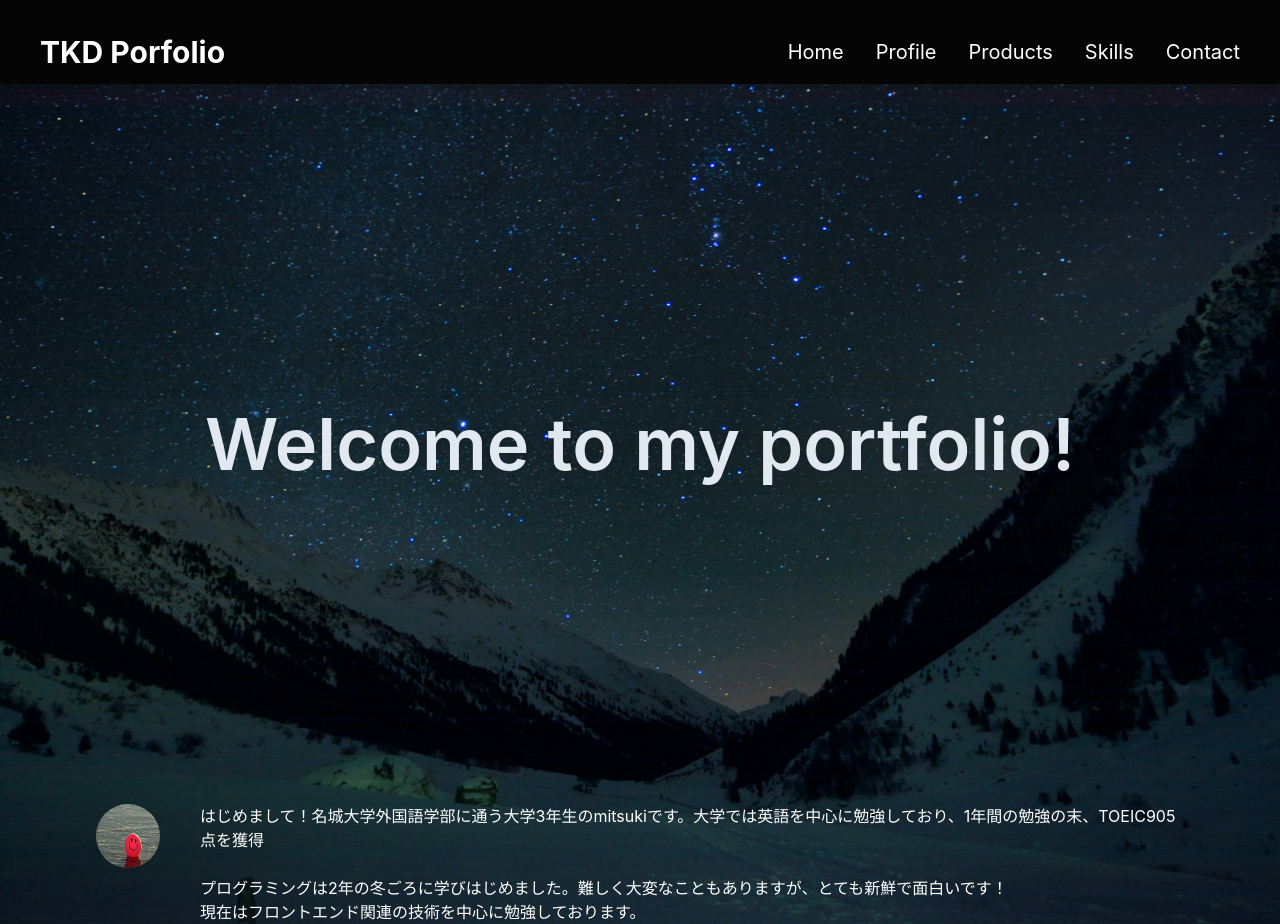
Repository: MitukiTakada/todo-aplication
Page: / (app in design/dev/react-tailwind/react-tailwind/)
The author's editor kept a copy of each file at every save. The page is drawn from the files as they stood at one save, then again after the next save.
The browser window is 1280 px wide. The pictures show the whole page.
The project was rebuilt for these pictures with package versions that can differ from the ones it lists, and the page was loaded fresh each time. Also part of the build but not shown: design/dev/react-tailwind/react-tailwind/src/components/Contact.jsx, design/dev/react-tailwind/react-tailwind/src/components/Products.jsx, design/dev/react-tailwind/react-tailwind/src/components/Profile.jsx, design/dev/react-tailwind/react-tailwind/src/components/Skills.jsx.

Above is the page before, as saved 2022-11-19 14:57:40.

### design/dev/react-tailwind/react-tailwind/public/index.html
<!DOCTYPE html>
<html lang="en">
  <head>
    <meta charset="utf-8" />
    <link rel="icon" href="%PUBLIC_URL%/favicon.ico" />
    <meta name="viewport" content="width=device-width, initial-scale=1" />
    <meta name="theme-color" content="#000000" />
    <meta
      name="description"
      content="Web site created using create-react-app"
    />
    <link rel="apple-touch-icon" href="%PUBLIC_URL%/logo192.png" />
    <link rel ="stylesheet" href="https://cdnjs.cloudflare.com/ajax/libs/font-awesome/5.15.3/css/all.min.css">
    <!--
      manifest.json provides metadata used when your web app is installed on a
      user's mobile device or desktop. See https://developers.google.com/web/fundamentals/web-app-manifest/
    -->
    <link rel="manifest" href="%PUBLIC_URL%/manifest.json" />
    <!--
      Notice the use of %PUBLIC_URL% in the tags above.
      It will be replaced with the URL of the `public` folder during the build.
      Only files inside the `public` folder can be referenced from the HTML.

      Unlike "/favicon.ico" or "favicon.ico", "%PUBLIC_URL%/favicon.ico" will
      work correctly both with client-side routing and a non-root public URL.
      Learn how to configure a non-root public URL by running `npm run build`.
    -->
    <title>React App</title>
  </head>
  <body>
    <noscript>You need to enable JavaScript to run this app.</noscript>
    <div id="root"></div>
    <!--
      This HTML file is a template.
      If you open it directly in the browser, you will see an empty page.

      You can add webfonts, meta tags, or analytics to this file.
      The build step will place the bundled scripts into the <body> tag.

      To begin the development, run `npm start` or `yarn start`.
      To create a production bundle, use `npm run build` or `yarn build`.
    -->
  </body>
</html>

### design/dev/react-tailwind/react-tailwind/src/index.jsx
import React from 'react';
import ReactDOM from 'react-dom/client';
import './index.css';
import App from './App';
import reportWebVitals from './reportWebVitals';
import { BrowserRouter } from 'react-router-dom';
import { ChakraProvider } from '@chakra-ui/provider';

const root = ReactDOM.createRoot(document.getElementById('root'));
root.render(
  <React.StrictMode>
    <BrowserRouter>
        <ChakraProvider>
          <App />
        </ChakraProvider>
    </BrowserRouter>
  </React.StrictMode>
);

// If you want to start measuring performance in your app, pass a function
// to log results (for example: reportWebVitals(console.log))
// or send to an analytics endpoint. Learn more: https://bit.ly/CRA-vitals
reportWebVitals();

### design/dev/react-tailwind/react-tailwind/src/App.jsx
import { BrowserRouter, Routes, Route } from "react-router-dom";
import Contact from "./components/Contact";
import Header from "./components/Header";
import Home from "./components/Home";
import Products from "./components/Products";
import Profile from "./components/Profile";
import Skills from "./components/Skills";


function App() {
  return (
    <div className=" bg-body  text-white w-full sm:px-0 pt-5">
     <Header />
      <Routes>
        <Route path="/" element={<Home />}/>
        <Route path="/prfole" element={<Profile />}/>
        <Route path="products" element={<Products />}/>
        <Route path="/skills" element={<Skills />}/>
        <Route path="/contact" element={<Contact />}/>
      </Routes>
    </div>
  );
}

export default App;

### design/dev/react-tailwind/react-tailwind/src/components/Header.jsx
import React from 'react'
import { Link } from 'react-router-dom'
import "./output.css"
import Hamburger from './atoms/Hamburger'

const Header = () => {
  return (
    <header className="container flex justify-between  w-full items-center mr-0 relative h-16 px-10">
      <div>
        <h2 className="text-2xl font-bold md:text-3xl">TKD Porfolio</h2>
      </div>
      <nav className="flex space-x-8 text-xl ml-8 items-center hidden md:block">
        <Link to={"/"} className="link">Home</Link>
        <Link to={"/profile"} className="link">Profile</Link>
        <Link to={"/products"} className="link">Products</Link>
        <Link to={"/skills"} className="link">Skills</Link>
        <Link to={"/contact"} className="link">Contact</Link>
      </nav>
      <Hamburger className="md:hidden absolute right-3"/>
    </header>
  )
}

export default Header

### design/dev/react-tailwind/react-tailwind/src/components/Home.jsx
import React from 'react'
import mainImage from "../images/main-image.jpeg"
import "./Home.css";
import userImage from "../images/user.jpg"

const Home = () => {
  return (
    <div className="home ">
      <div className="items-center ">
        <h1 className=" font-semibold text-3xl 100v text-center text-slate-200 lg:text-7xl md:text-5xl">Welcome to my portfolio!</h1>
      </div>
      <div className="flex mx-auto px-24 space-x-10">
        <img src={userImage} alt="" className="h-16 w-16 rounded-full"/>
        <div>
          <p>
            はじめまして！名城大学外国語学部に通う大学3年生のmitsukiです。大学では英語を中心に勉強しており、1年間の勉強の末、TOEIC905点を獲得
          </p>
          <br />
          <p>
          プログラミングは2年の冬ごろに学びはじめました。難しく大変なこともありますが、とても新鮮で面白いです！
          </p>
          <p>
          現在はフロントエンド関連の技術を中心に勉強しております。
          </p>
          </div>
      </div>
    </div>
  )
}

export default Home

### design/dev/react-tailwind/react-tailwind/src/components/output.css
.link {
  @apply hover:text-purple-400 transition-all duration-300;
}
.drawer-link {
  @apply hover:text-purple-400 transition-all duration-300 text-xl block text-center my-3;
}
.contact-btn {
  @apply bg-purple-500 font-bold text-xl px-3 py-2 rounded border-none hover:bg-purple-800 duration-300 transition-all mt-10
}
.secondary-title {
  @apply text-3xl font-bold;
}
.secondary-title::before {
  content: "";
  @apply block w-12 h-2 bg-purple-400 rounded-full mb-1;
}

.section-paragraph {
  @apply text-secondary my-6 w-full max-w-3xl
}

.badge {
  @apply px-4 py-2 text-sm rounded bg-badge block
}

.send-btn {
  @apply bg-teal-400 font-bold text-xl px-3 py-2 rounded border-none hover:bg-teal-600 duration-300 transition-all mt-10
}

### design/dev/react-tailwind/react-tailwind/src/components/atoms/Hamburger.jsx
import React from 'react'
import {
  Drawer,
  DrawerBody,
  DrawerOverlay,
  DrawerContent,
  DrawerCloseButton,
  useDisclosure,
  Button
} from '@chakra-ui/react'
import { Link } from 'react-router-dom';
import { HamburgerIcon } from '@chakra-ui/icons';

const Hamburger = () => {
  const { isOpen, onOpen, onClose } = useDisclosure()
  return (
    <div className="md:hidden">
        <HamburgerIcon h={30} w={30} className="hover:text-purple-400 duration-300 transition-all cursor-pointer"
        onClick={onOpen}
        />
        <Drawer isOpen={isOpen} onClose={onClose} placement="left" size="xs">
          <DrawerOverlay>
            <DrawerContent>
              <DrawerBody className="w-2/5 bg-slate-200 h-full p-12">
                <div className="z-20 space-y-5 text-xl">
                  <Link to={"/"} className="link drawer-link">Home</Link>
                  <Link to={"/profile"} className="link drawer-link">Profile</Link>
                  <Link to={"/products"} className="link drawer-link">Products</Link>
                  <Link to={"/skills"} className="link drawer-link">Skills</Link>
                  <Link to={"/contact"} className="link drawer-link">Contact</Link>
                  <DrawerCloseButton className="text-white text-md  p-2 rounded mt-15 mx-auto bg-red-400 transition-all duration-300 hover:bg-red-700 ">閉じる</DrawerCloseButton>
                </div>
              </DrawerBody>
            </DrawerContent>
          </DrawerOverlay>
        </Drawer>
      </div>
  )
}

export default Hamburger

### design/dev/react-tailwind/react-tailwind/src/components/Home.css
.home {
  background-image: url(../images/mountain.jpeg);
  background-position: center;
  background-size: cover;
  height: 100%;
  width: 100%;
}

.home h1 {
  line-height: 100vh;
  align-items: center;
}

### design/dev/react-tailwind/react-tailwind/tailwind.config.js
/** @type {import('tailwindcss').Config} */
module.exports = {
  content: [
    "./src/**/*.{js,jsx,ts,tsx}",
  ],
  theme: {
    extend: {

      colors: {
        body: "#050505",
        secondary: "#9191A4",
        badge: "#3F3F51"
      },
      lineHeight: {
        "100v": "100vh"
      }
    },
  },
  plugins: [],
}

Loaded but not shown: design/dev/react-tailwind/react-tailwind/src/index.css (common file); design/dev/react-tailwind/react-tailwind/src/reportWebVitals.js (common file)

After the next save:
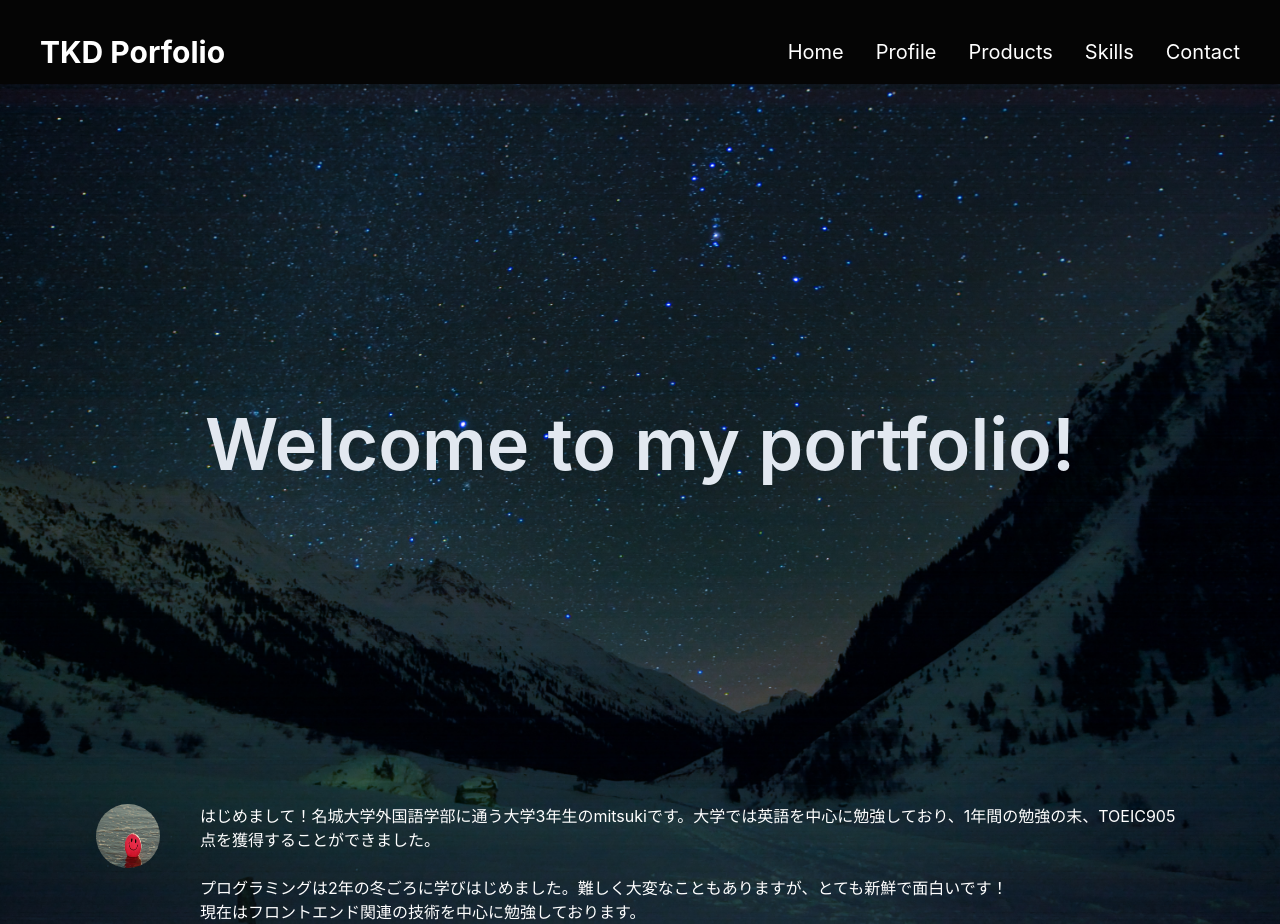
Saved 9 s later.
--- a/design/dev/react-tailwind/react-tailwind/src/components/Home.jsx
+++ b/design/dev/react-tailwind/react-tailwind/src/components/Home.jsx
@@ -13,7 +13,7 @@ const Home = () => {
         <img src={userImage} alt="" className="h-16 w-16 rounded-full"/>
         <div>
           <p>
-            はじめまして！名城大学外国語学部に通う大学3年生のmitsukiです。大学では英語を中心に勉強しており、1年間の勉強の末、TOEIC905点を獲得
+            はじめまして！名城大学外国語学部に通う大学3年生のmitsukiです。大学では英語を中心に勉強しており、1年間の勉強の末、TOEIC905点を獲得することができました。
           </p>
           <br />
           <p>
